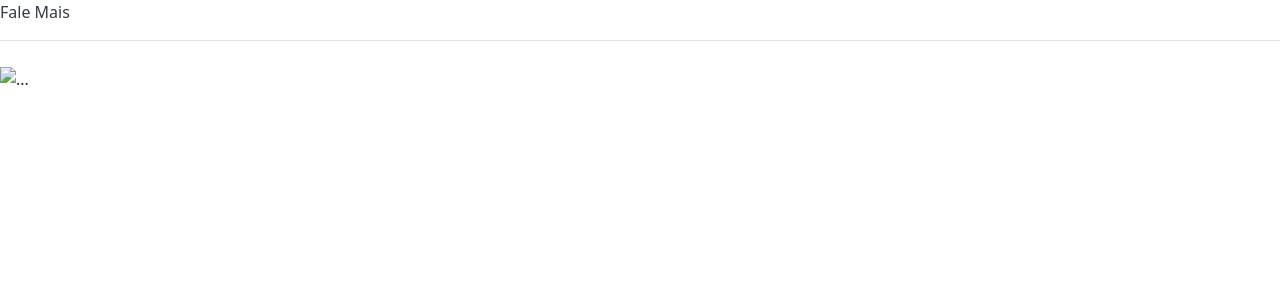
Repository: JuniorMagalhaesDeAlcantara/Fale-Mais
Page: src/resource/index.html
The author's editor kept a copy of each file at every save. The page is drawn from the files as they stood at one save, then again after the next save.
The browser window is 1280 px wide. The pictures show the whole page.

Above is the page before, as saved 2022-08-02 14:08:32.
Not found: src/resource/img/telefone.jpg

After the next save:
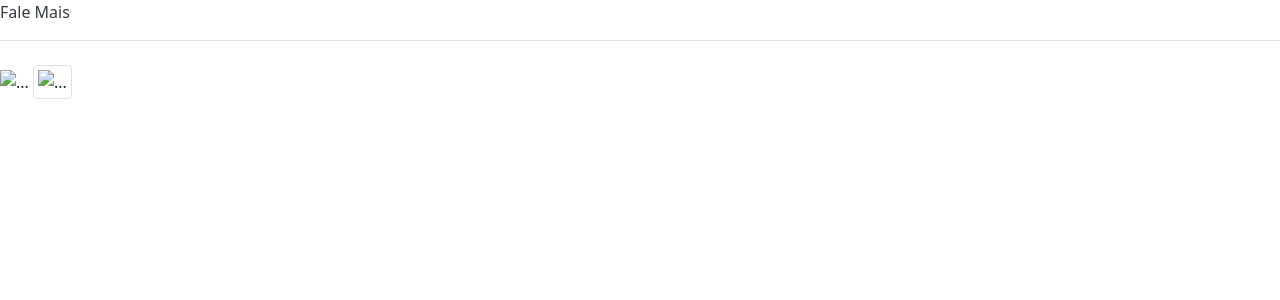
Saved 30 s later.
--- a/src/resource/index.html
+++ b/src/resource/index.html
@@ -20,6 +20,10 @@
 
       <img src="../resource/img/telefone.jpg" class="img-fluid" alt="...">
 
+      <picture>
+          <img src="../resource/img/telefone.jpg" class="img-fluid img-thumbnail" alt="...">
+      </picture>
+
 
 </body>
 </html>
